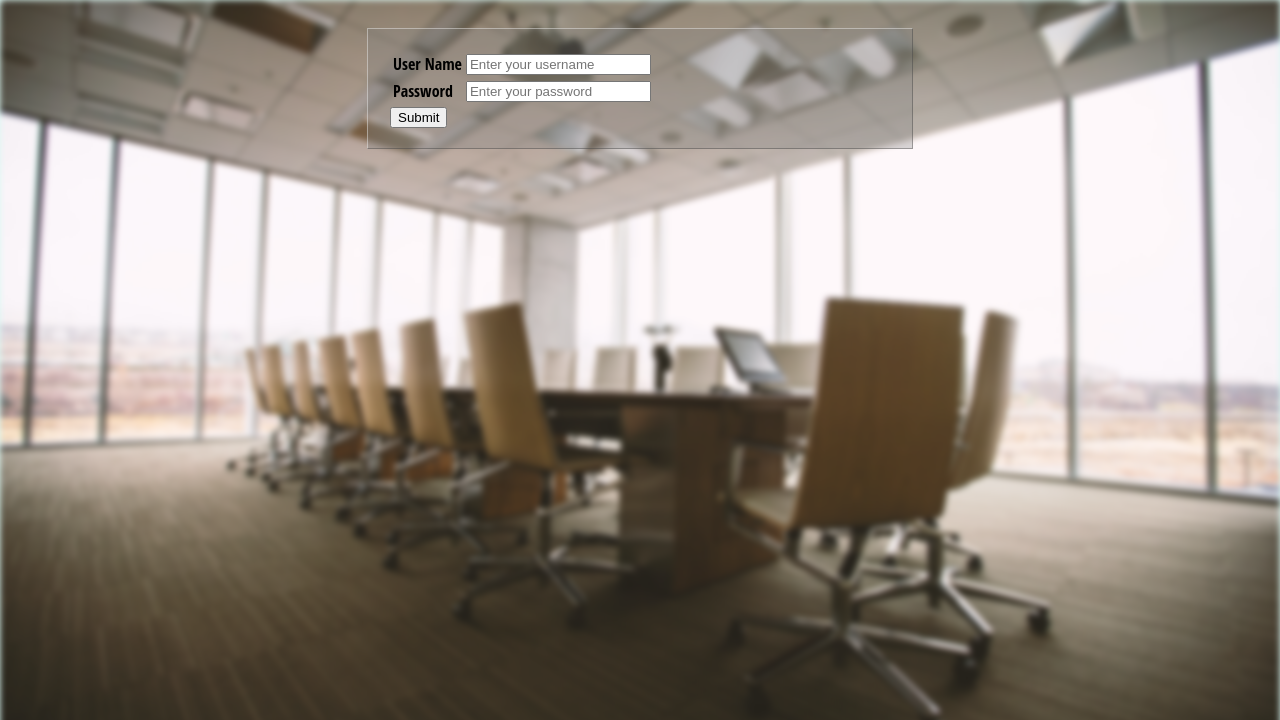
Repository: IT20643218/Employee-Management-System-OOP-Project-20-Y2S2
Page: http://localhost/EmployeeDemo/login.jsp
An editor plug-in stored every save of this project. The page is shown before and after the next save, followed by the edit.
The browser window is 1280 px wide. The pictures show the whole page.
Some web fonts or font styles are not loaded; a fallback is used. The page is served by Tomcat 9. Nobody is signed in. The application's start-up code is not run.

Above is the page before, as saved 2021-09-30 12:44:02.

After the next save:
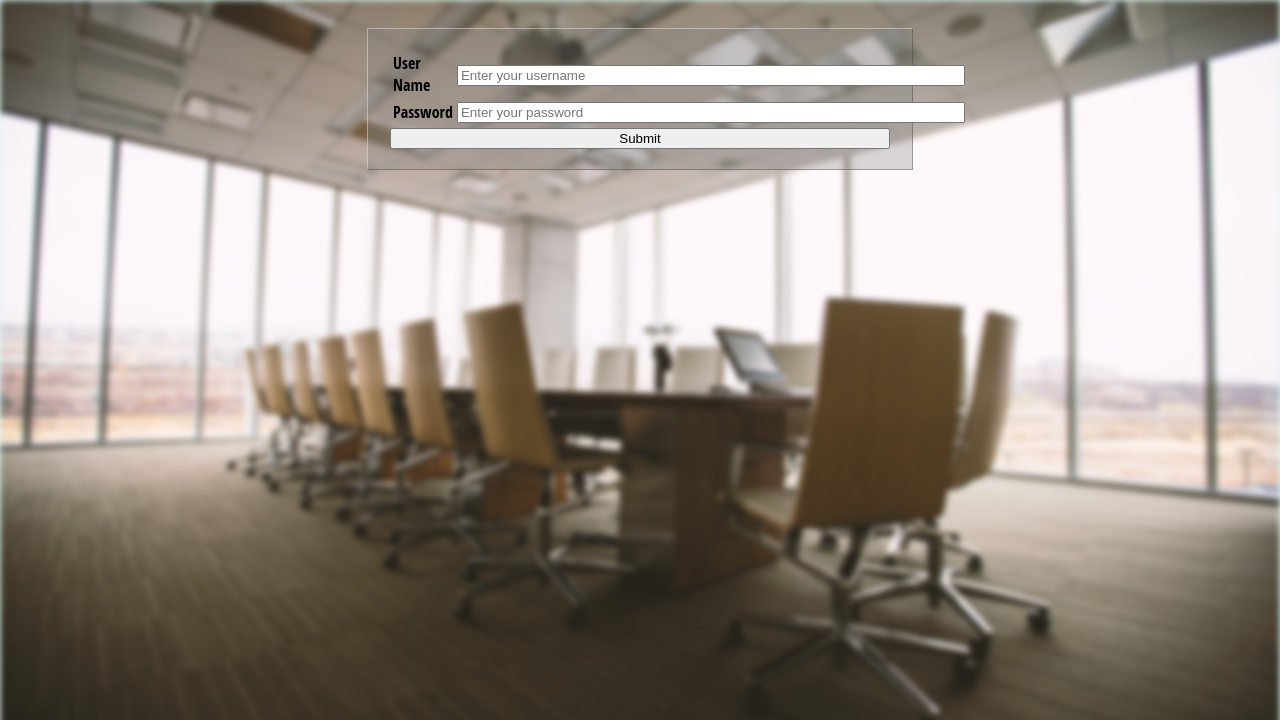
Saved 4 min 32 s later.
--- a/Java_Project/EmployeeDemo/src/main/webapp/login.jsp
+++ b/Java_Project/EmployeeDemo/src/main/webapp/login.jsp
@@ -30,7 +30,6 @@ body {
 form {
   position: relative;
   width: 500px;
-  hight:500px;
   margin: 0 auto;
   background: rgba(130,130,130,.3);
   padding: 20px 22px;
@@ -41,7 +40,9 @@ form {
   border-right-color: rgba(60,60,60,.4);
 }
 
-
+form input, form button {
+	width: 500px;
+}
 </style>
 <body>
 <div id="bg"></div>
